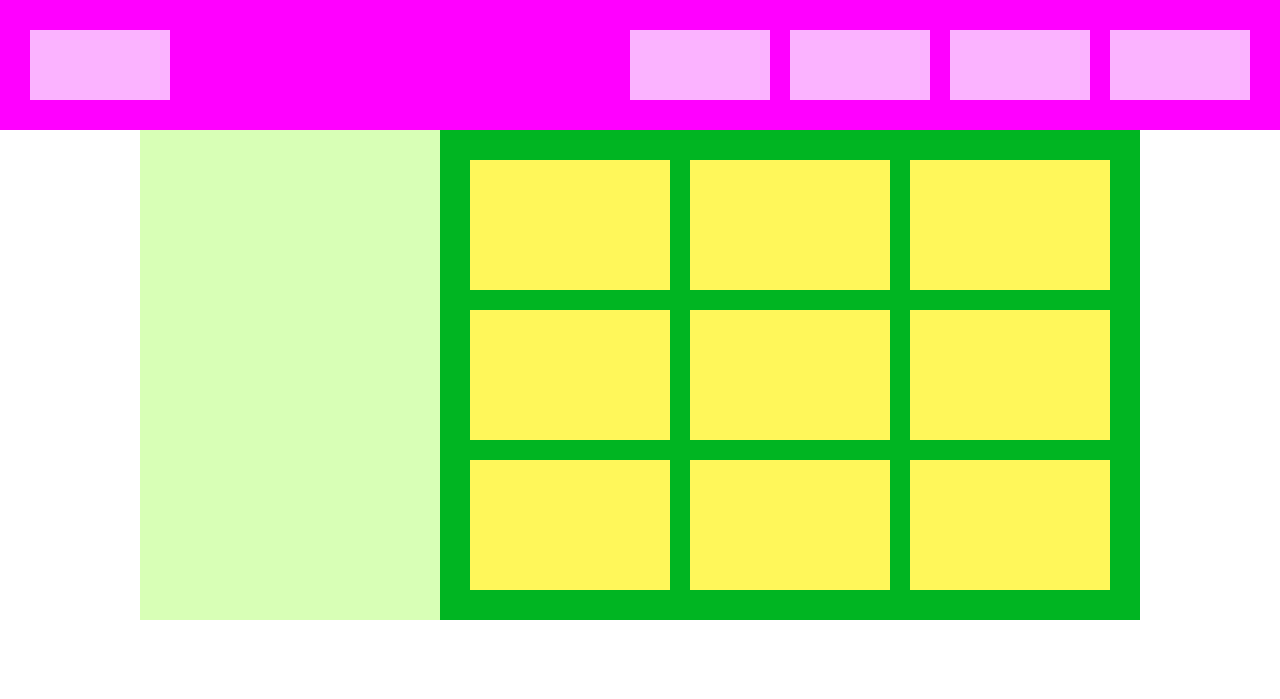
Repository: ego-boosting/html-practice1
Page: flexbox_1/flex.html
The author's editor kept a record of every edit. The page is drawn from the files as they stood at one moment, then again after the next edit.
The browser window is 1280 px wide. The pictures show the whole page.

Above is the page before.

After the next edit:
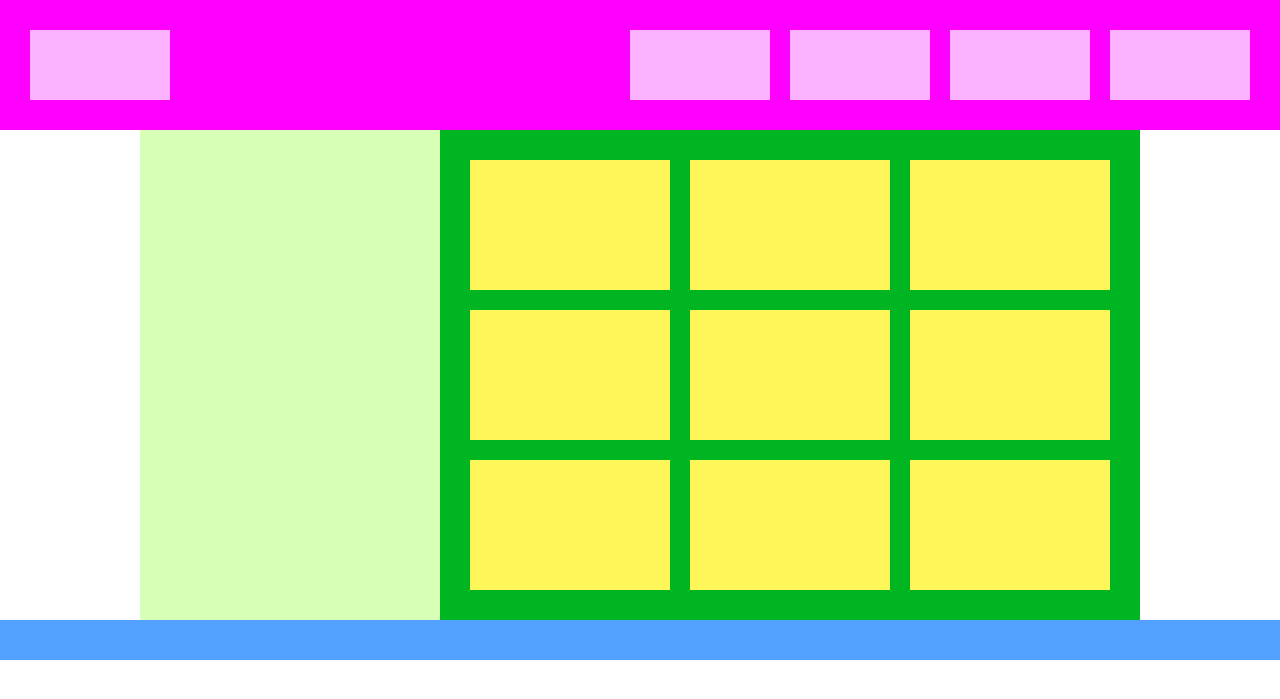
The edit:
--- a/flexbox_1/flex.html
+++ b/flexbox_1/flex.html
@@ -27,6 +27,13 @@
     <div></div>
     <div></div>
     <div></div>
+    </div>
+  </div>
+
+  <div class="footer">
+    <div></div>
+    <div></div>
+    <div></div>
   </div>
 </body>
 </html>
